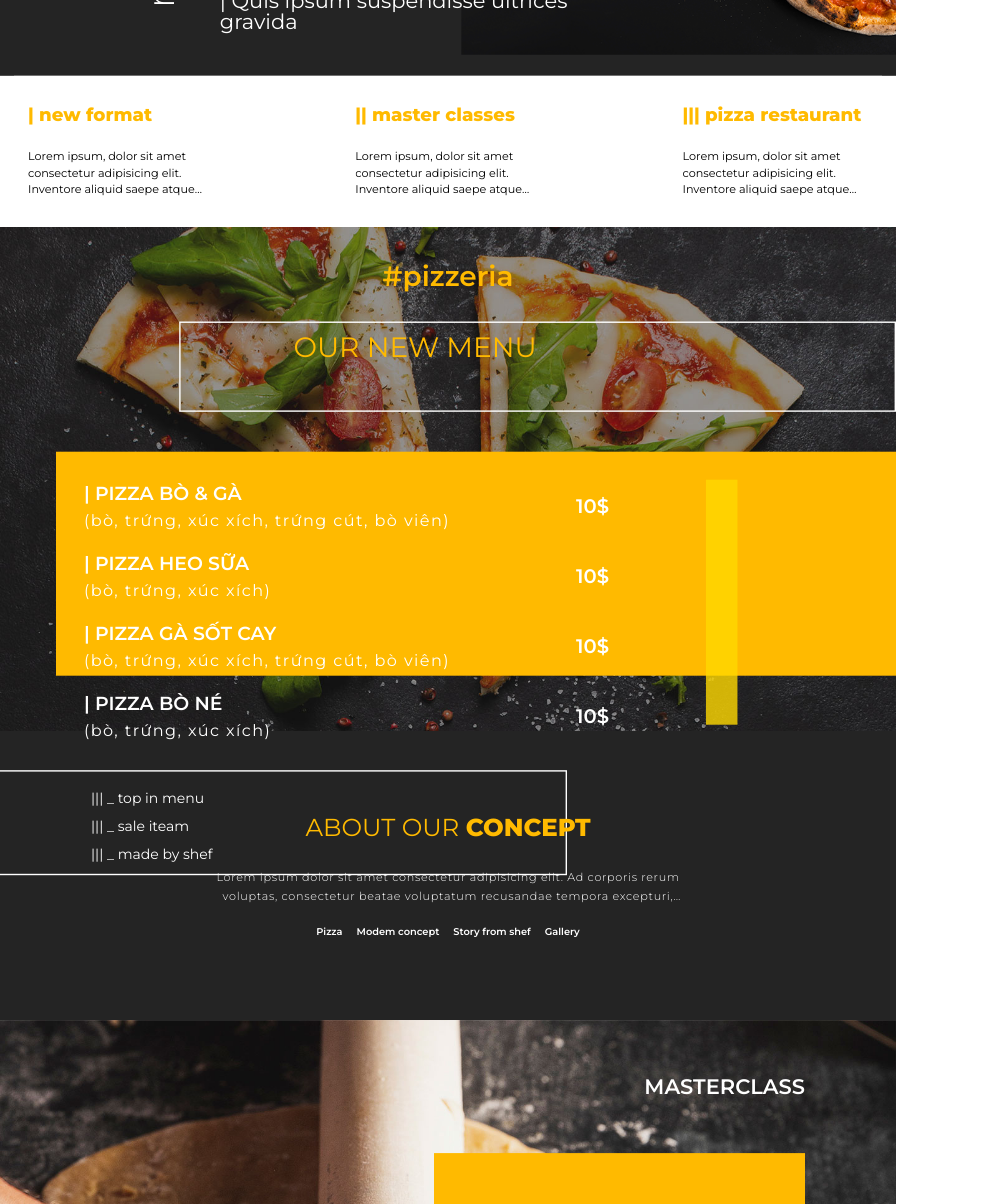
Repository: phu1204/pizzeria.github.io
Page: index.html
An editor plug-in stored every save of this project. The page is shown before and after the next save, followed by the edit.
The browser window is 1280 px wide. The page is 1419 px wide, so the pictures cover 1419 px, including what lies to the right of the window. The pictures show the part of the page from y = 1115 to 2835 px (the page is 4798 px tall), at 70% of full size.
The style sheet was rebuilt from its Sass, Less or Tailwind sources for each picture, by a compiler version that may differ from the author's.

Above is the page before, as saved 2021-07-29 22:05:09.

After the next save:
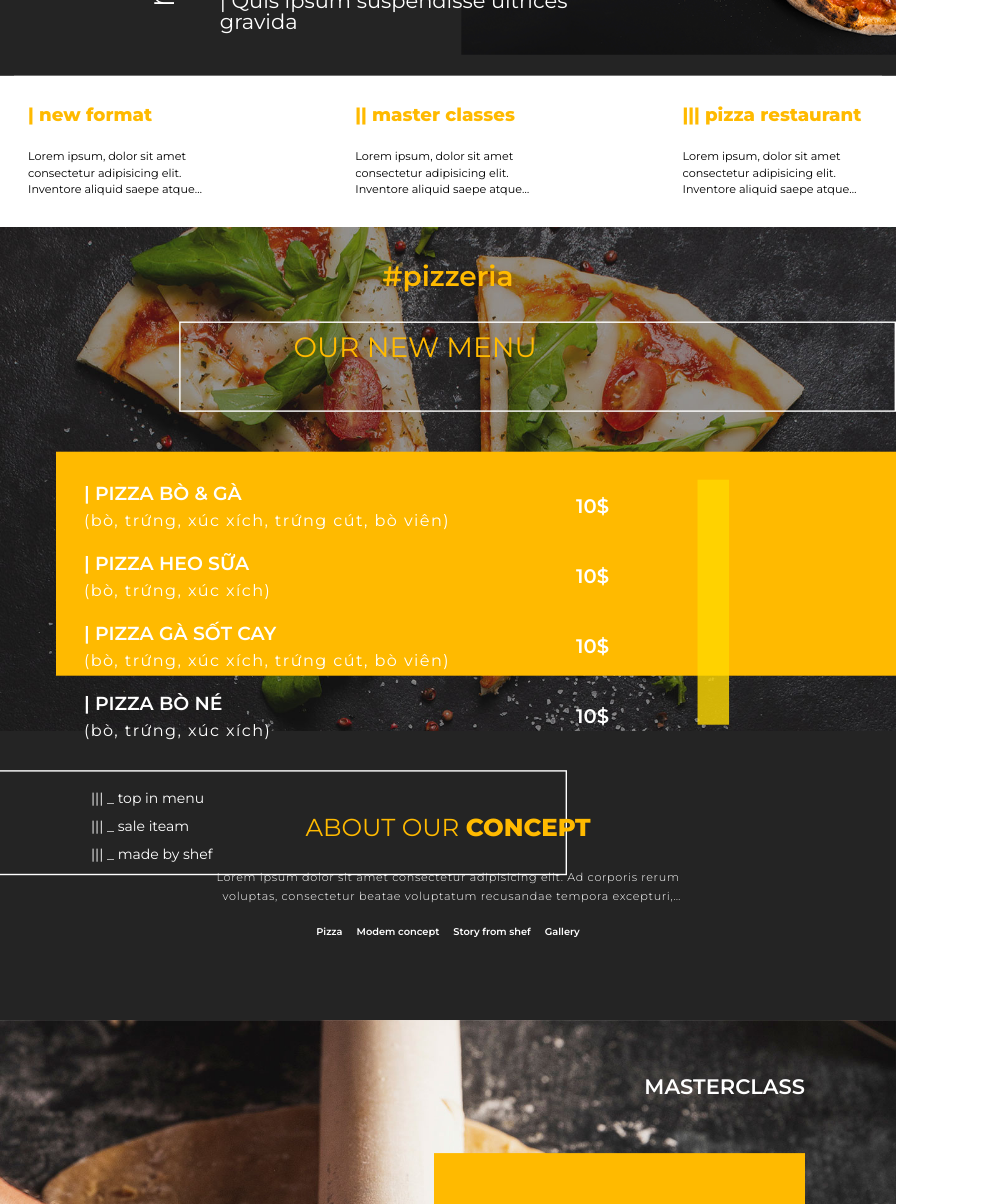
Saved 5 s later.
--- a/scss/_menu.scss
+++ b/scss/_menu.scss
@@ -61,7 +61,7 @@
         background-color: rgba(255, 217, 0, 0.801);
 
         top: calc(50% + 30px);
-        right:  17%;
+        right:  18%;
         transform: translate(-50%,-50%);
         z-index: -1;
     }
